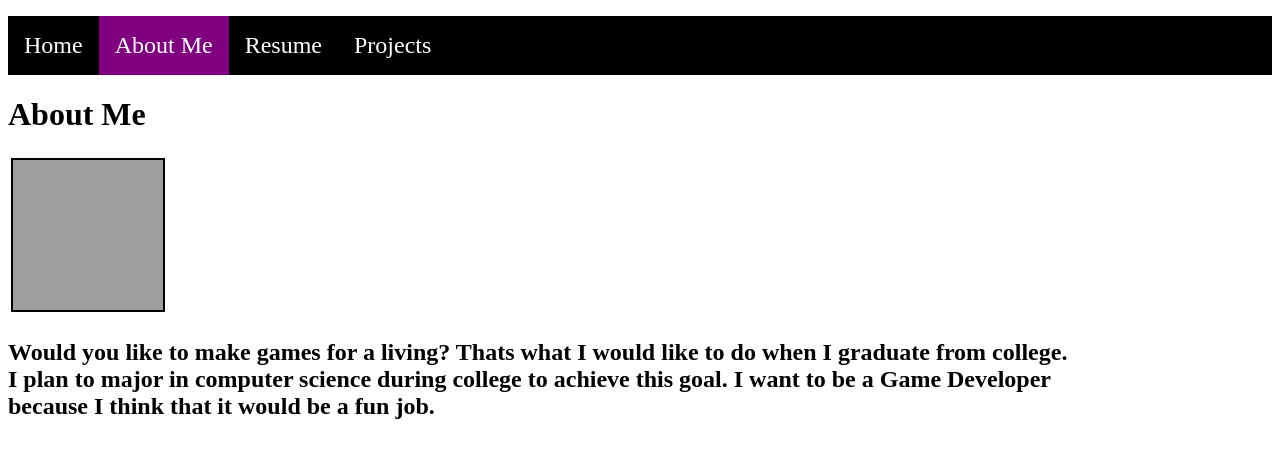
Repository: Artlepop/Artlepop.github.io
Page: aboutme.html
The author's editor kept a record of every edit. The page is drawn from the files as they stood at one moment, then again after the next edit.
The browser window is 1280 px wide. The pictures show the whole page.
Pictures or frames that could not be fetched are drawn as grey boxes.

Above is the page before.

### aboutme.html
<!DOCTYPE html>
<html>
  <head>
  <title>Home</title>
  <link rel="stylesheet" type="text/css" href="style.css">
  <style>
      .aboutimg{
          border: 2px solid black;
          height: 150px;
          width: 150px;
      }

      .firstparagraph{
          float: right;
          padding-right: 200px;
      }
  </style>
  </head>
  <body>
    <ul class="navbar">
      <li><a href="index.html">Home</a></li>
      <li class = "active"><a href="aboutme.html">About Me</a></li>
      <li><a href="resume.html">Resume</a></li>
      <li class = "dropdown">
        <div>Projects</div>
        <ul class="dropdown-content">
          <li><a href="project1.html">Project 1</a></li>
          <li><a href="project2.html">Project 2</a></li>
          <li><a href="project3.html">Project 3</a></li>
        </ul>
      </li>
    </ul>
    <h1>About Me</h1>
    <table>
      <tr>
        <td><img class = "aboutimg" src = "https://www.gormankelly.com.au/wp-content/uploads/2019/03/Placeholder-Team-Image.jpg"></td>
      </tr>
    </table>
    <h2 class = "firstparagraph"> Would you like to make games for a living? Thats what I would like to do
    when I graduate from college. I plan to major in computer science during college to achieve this goal. I want to be a Game Developer because I think that it would be a fun job.</h2>
  </body>
</html>

### style.css
    .navbar{
      list-style: none;
      background-color: black;
      overflow: hidden;
      padding: 0;
    }

    .navbar a, .dropdown div{
      text-decoration: none;
      color: white;
      font-size: 24px;
      padding: 16px;
      display: inline-block;
    }

    .navbar li{
      float: left;
    }

    .navbar li:hover{
      background-color: purple;
    }

    a:Hover, div:Hover{
        color: black;
    }

    .dropdown-content{
      list-style: none;
      padding: 0;
      display: none;
      position: absolute;
      z-index: 1;
    }

    .dropdown-content li{
      float:none;
      background-color: purple;
    }

    .dropdown:hover .dropdown-content{
      display: block;
    }

    .active
    {
      background-color: purple;
    }

After the next edit:
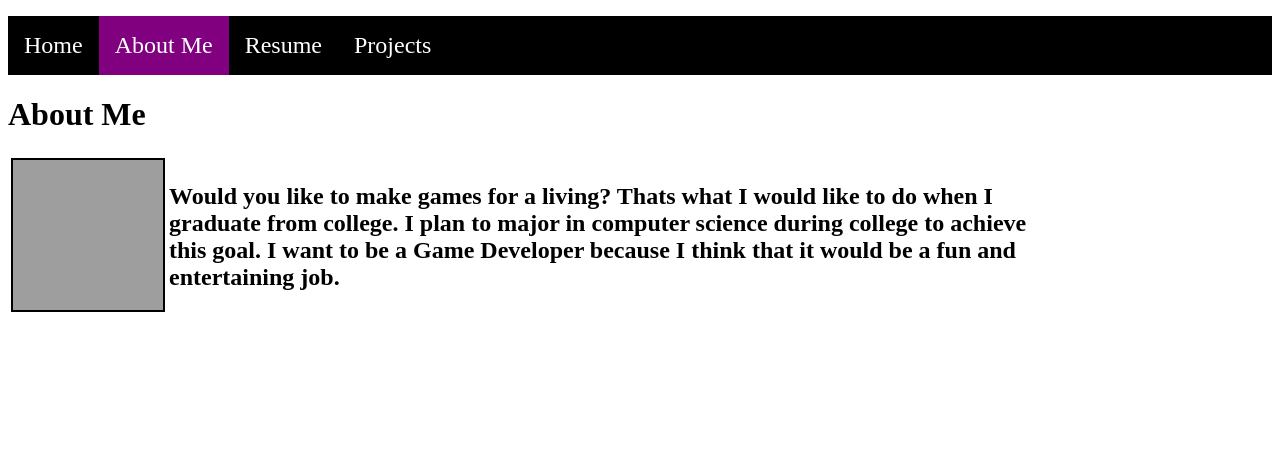
The edit:
--- a/aboutme.html
+++ b/aboutme.html
@@ -34,9 +34,10 @@
     <table>
       <tr>
         <td><img class = "aboutimg" src = "https://www.gormankelly.com.au/wp-content/uploads/2019/03/Placeholder-Team-Image.jpg"></td>
+        <td><h2 class = "firstparagraph"> Would you like to make games for a living? Thats what I would like to do
+    when I graduate from college. I plan to major in computer science during college to achieve this goal.
+    I want to be a Game Developer because I think that it would be a fun and entertaining job.</h2></td>
       </tr>
     </table>
-    <h2 class = "firstparagraph"> Would you like to make games for a living? Thats what I would like to do
-    when I graduate from college. I plan to major in computer science during college to achieve this goal. I want to be a Game Developer because I think that it would be a fun job.</h2>
   </body>
 </html>
